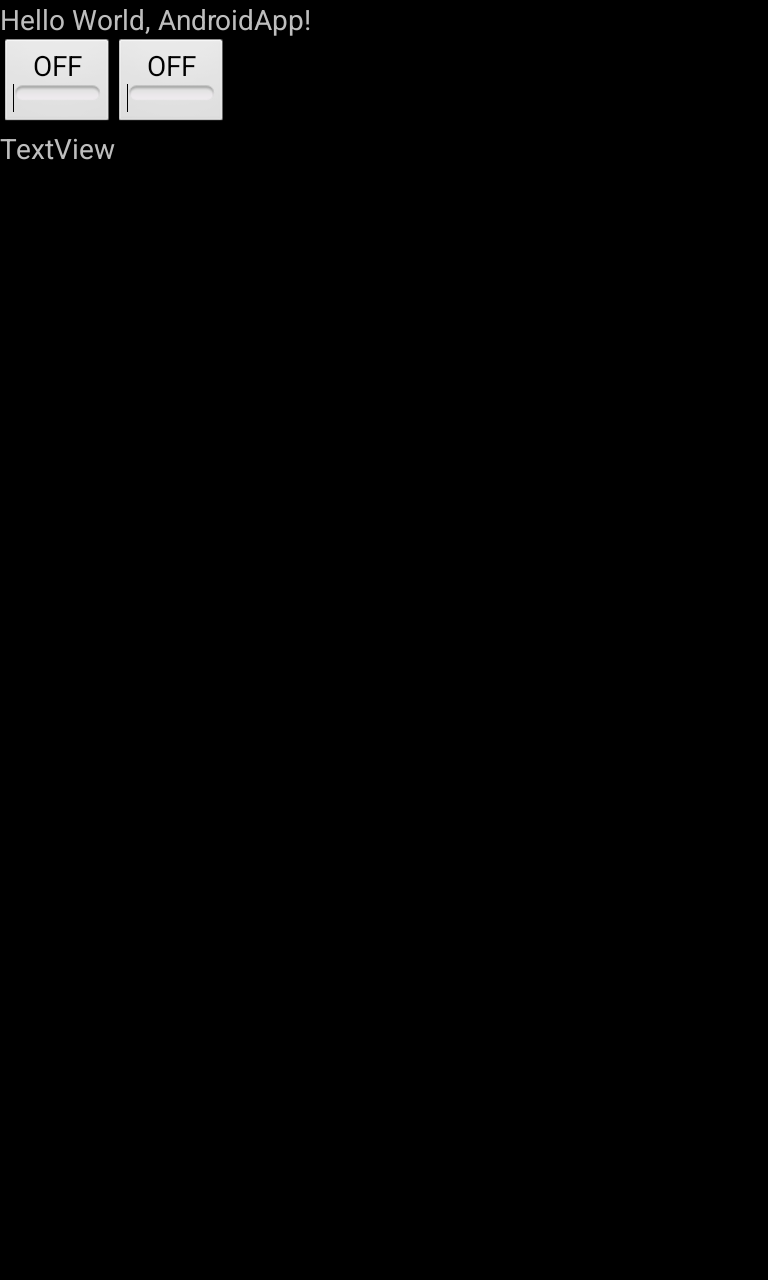
Repository: ondemanddesign/AndroidApp
Layout: AndroidApp/res/layout/main.xml
These files come from the project's save history. The layout is drawn as it stood at one moment and after the next save; the edit follows.
It is drawn on a 768 x 1280 px phone screen (xhdpi) without system bars, with theme android:Theme; the app's code is not run.

Above is the layout before, as saved 2011-06-14 20:57:24.

### AndroidApp/res/layout/main.xml
<?xml version="1.0" encoding="utf-8"?>
<LinearLayout xmlns:android="http://schemas.android.com/apk/res/android"
    android:orientation="vertical"
    android:layout_width="fill_parent"
    android:layout_height="fill_parent"
    >
<TextView
    android:layout_width="fill_parent"
    android:layout_height="wrap_content"
    android:text="@string/hello"
    />
<LinearLayout android:id="@+id/linearLayout1" android:layout_width="match_parent" android:layout_height="wrap_content">
    <ToggleButton android:text="ToggleButton" android:id="@+id/toggleButton1" android:layout_width="wrap_content" android:layout_height="wrap_content"></ToggleButton>
    <ToggleButton android:text="ToggleButton" android:id="@+id/toggleButton2" android:layout_width="wrap_content" android:layout_height="wrap_content"></ToggleButton>
</LinearLayout>
<TextView android:layout_width="wrap_content" android:id="@+id/LED State" android:text="TextView" android:layout_height="wrap_content"></TextView>
</LinearLayout>

### AndroidApp/res/values/strings.xml
<?xml version="1.0" encoding="utf-8"?>
<resources>
    <string name="hello">Hello World, AndroidApp!</string>
    <string name="app_name">AndroidApp</string>
</resources>

After the next save:
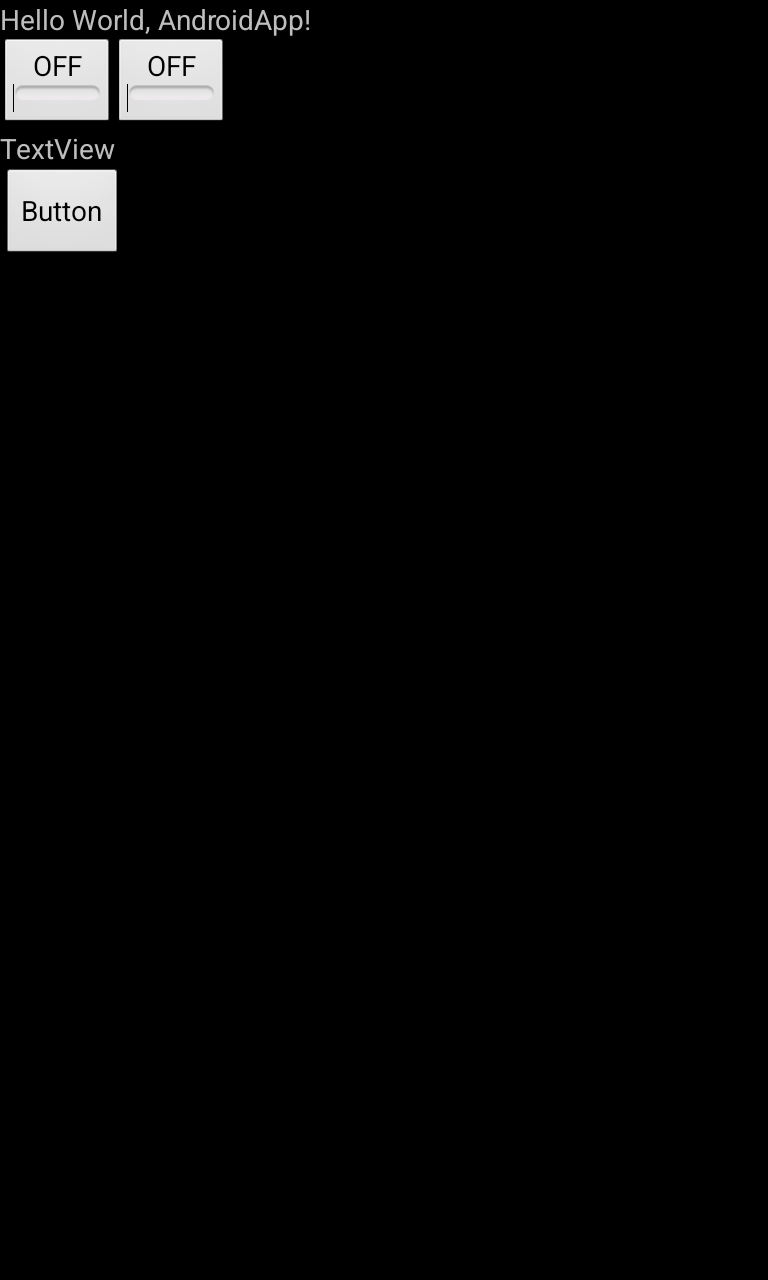
Saved 3 min 39 s later.
--- a/AndroidApp/res/layout/main.xml
+++ b/AndroidApp/res/layout/main.xml
@@ -14,4 +14,5 @@
     <ToggleButton android:text="ToggleButton" android:id="@+id/toggleButton2" android:layout_width="wrap_content" android:layout_height="wrap_content"></ToggleButton>
 </LinearLayout>
 <TextView android:layout_width="wrap_content" android:id="@+id/LED State" android:text="TextView" android:layout_height="wrap_content"></TextView>
+<Button android:layout_width="wrap_content" android:id="@+id/MyLED1" android:text="Button" android:layout_height="wrap_content"></Button>
 </LinearLayout>
